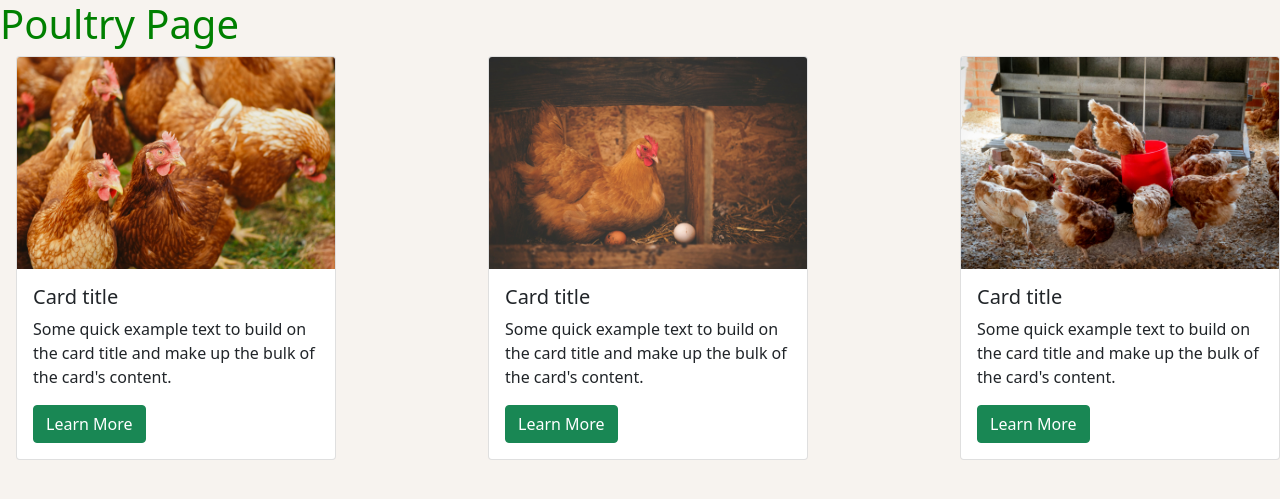
Repository: Allevandrose/Agri-invest
Page: poultry.html
The author's editor kept a copy of each file at every save. The page is drawn from the files as they stood at one save, then again after the next save.
The browser window is 1280 px wide. The pictures show the whole page.

Above is the page before, as saved 2024-04-13 15:25:54.

After the next save:
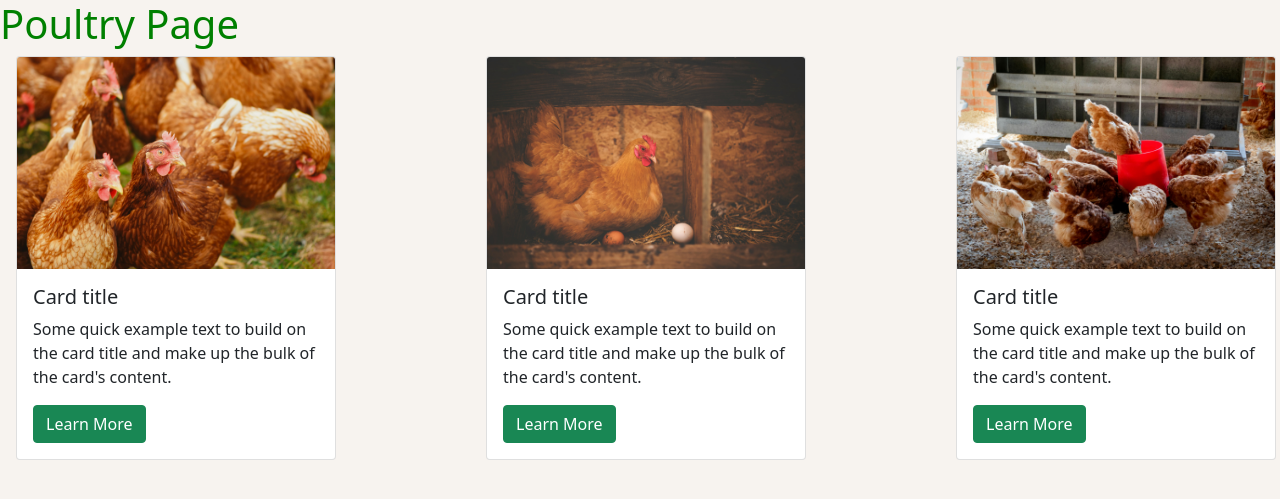
Saved 7 s later.
--- a/poultry.css
+++ b/poultry.css
@@ -11,5 +11,5 @@ body {
     flex-wrap: wrap;
     justify-content: space-between;
     margin-left: 16px;
-    margin-right:
+    margin-right: 4px;
 }
